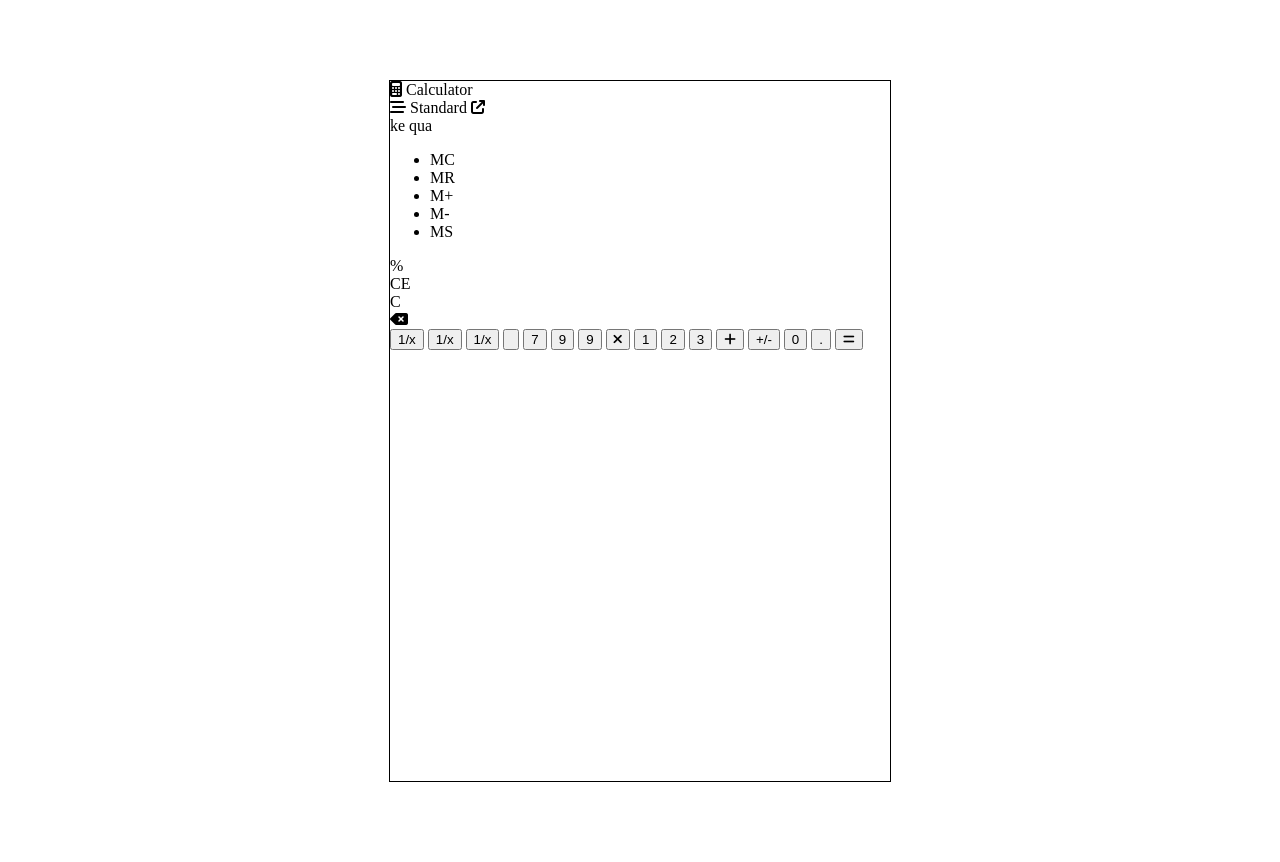
Repository: tungts3qb/Javascript
Page: Calculator/Calculator.html
These files come from the project's save history. The page is drawn as it stood at one moment and after the next save; the edit follows.
The browser window is 1280 px wide. The pictures show the whole page.

Above is the page before, as saved 2022-12-26 10:34:50.

After the next save:
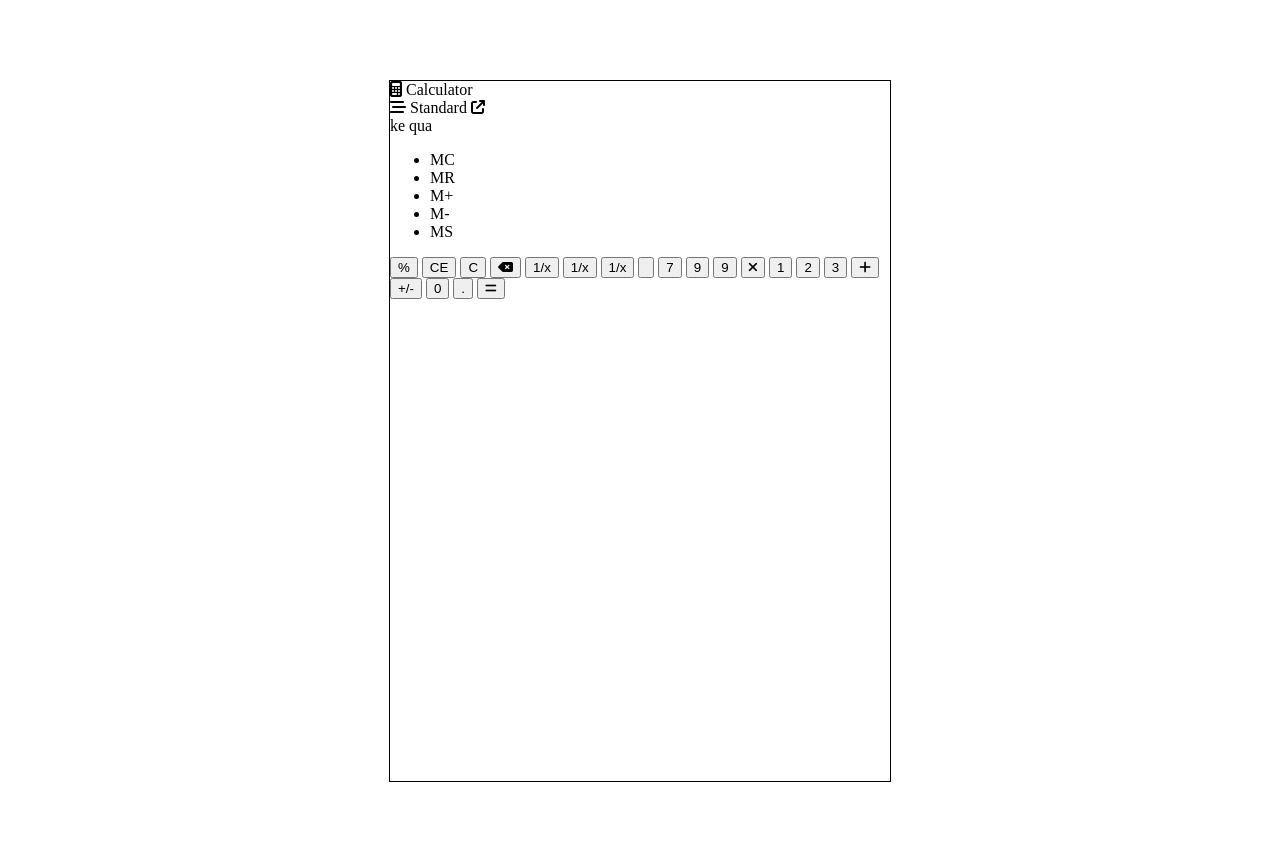
Saved 19 s later.
--- a/Calculator/Calculator.html
+++ b/Calculator/Calculator.html
@@ -36,12 +36,12 @@
         </ul>
       </div>
       <div class="calculator-buttons">
-        <div class="calculator-button">%</div>
-        <div class="calculator-button">CE</div>
-        <div class="calculator-button">C</div>
-        <div class="calculator-button">
+        <button class="calculator-button">%</button>
+        <button class="calculator-button">CE</button>
+        <button class="calculator-button">C</button>
+        <button class="calculator-button">
           <i class="fa-solid fa-delete-left"></i>
-        </div>
+        </button>
         <button class="calculator-button">1/x</button>
         <button class="calculator-button">1/x</button>
         <button class="calculator-button">1/x</button>
